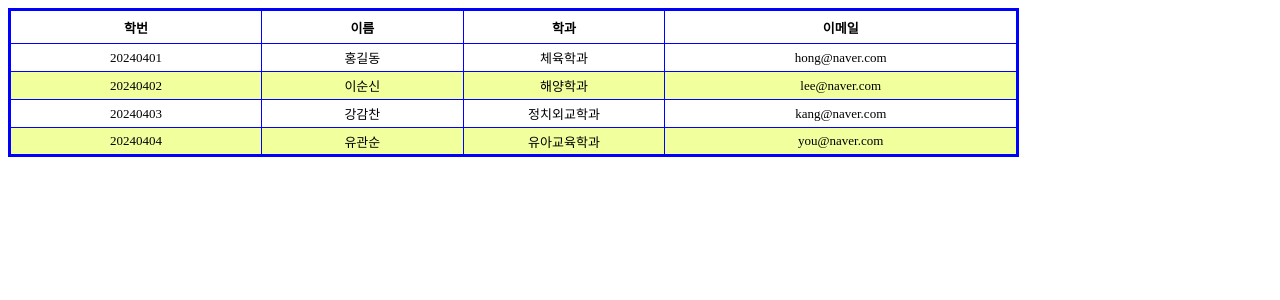
Repository: bbseok97/HTML
Page: HTML/src/main/webapp/table_css.html
The author's editor kept a copy of each file at every save. The page is drawn from the files as they stood at one save, then again after the next save.
The browser window is 1280 px wide. The pictures show the whole page.

Above is the page before, as saved 2024-04-04 06:17:19.

After the next save:
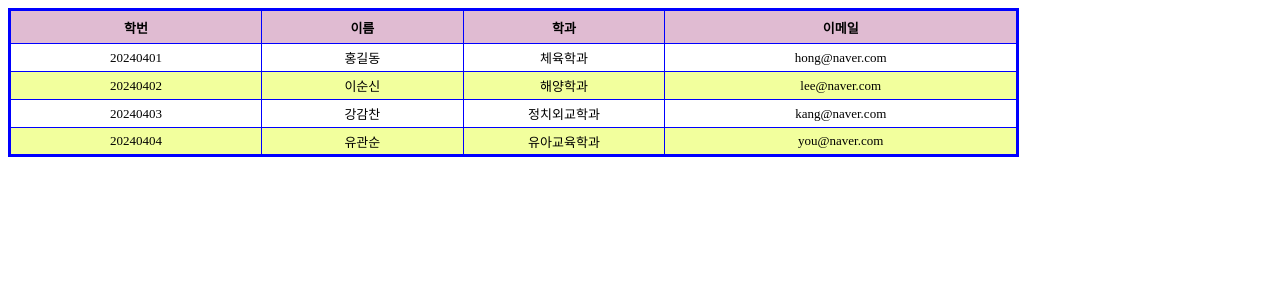
Saved 57 s later.
--- a/HTML/src/main/webapp/table_css.html
+++ b/HTML/src/main/webapp/table_css.html
@@ -28,6 +28,7 @@
 			th{
 				height: 30px;
 				font-weight: border;		/* 글자 두꼐 */
+				background-color: #e0bbd2;
 			}
 			/* CSS 선택자 중에 id속성은 "#"으로 표시*/
 			#id { width: 25%; }
